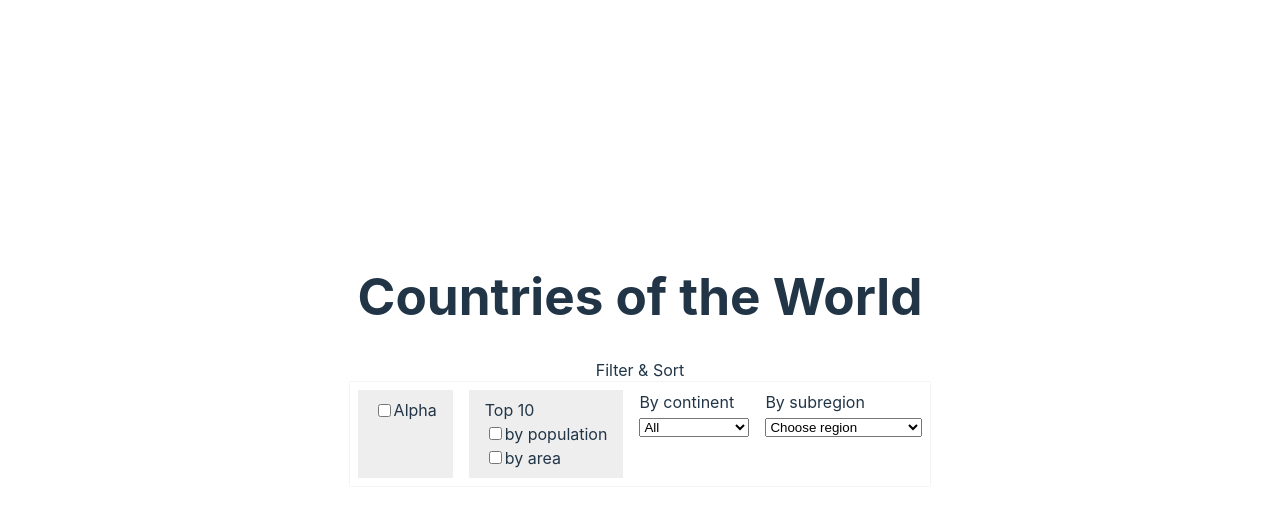
Repository: SamanthaYan298/my_countries
Page: /
The author's editor kept a copy of each file at every save. The page is drawn from the files as they stood at one save, then again after the next save.
The browser window is 1280 px wide. The pictures show the whole page.
The project was rebuilt for these pictures with package versions that can differ from the ones it lists, and the page was loaded fresh each time. Also part of the build but not shown: vite.config.js.

Above is the page before, as saved 2024-11-04 17:44:25.

After the next save:
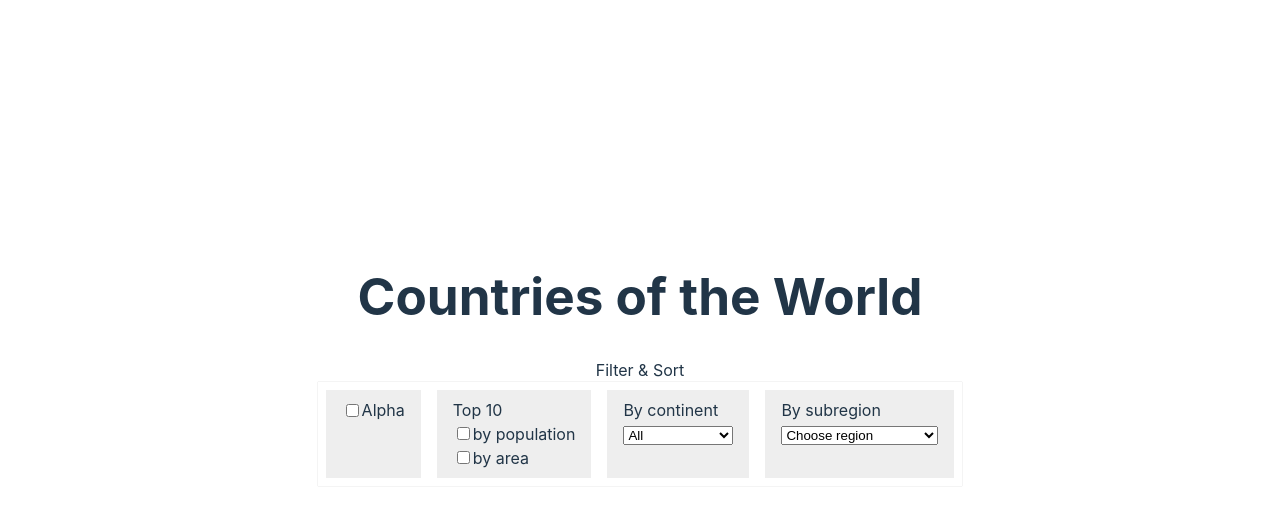
Saved 36 s later.
--- a/src/App.jsx
+++ b/src/App.jsx
@@ -25,7 +25,7 @@ function App() {
                   <label htmlFor="by-area">by area</label>
                 </div>
             </div>
-            <div>
+            <div  className='categories'>
               <p>By continent</p>
               <select>
                 <option value="All">All</option>
@@ -38,7 +38,7 @@ function App() {
                 <option value="South America">South America</option>
               </select>
             </div>
-            <div>
+            <div  className='categories'>
             <p>By subregion</p>
               <select>
                 <option value="Choose region">Choose region</option>
